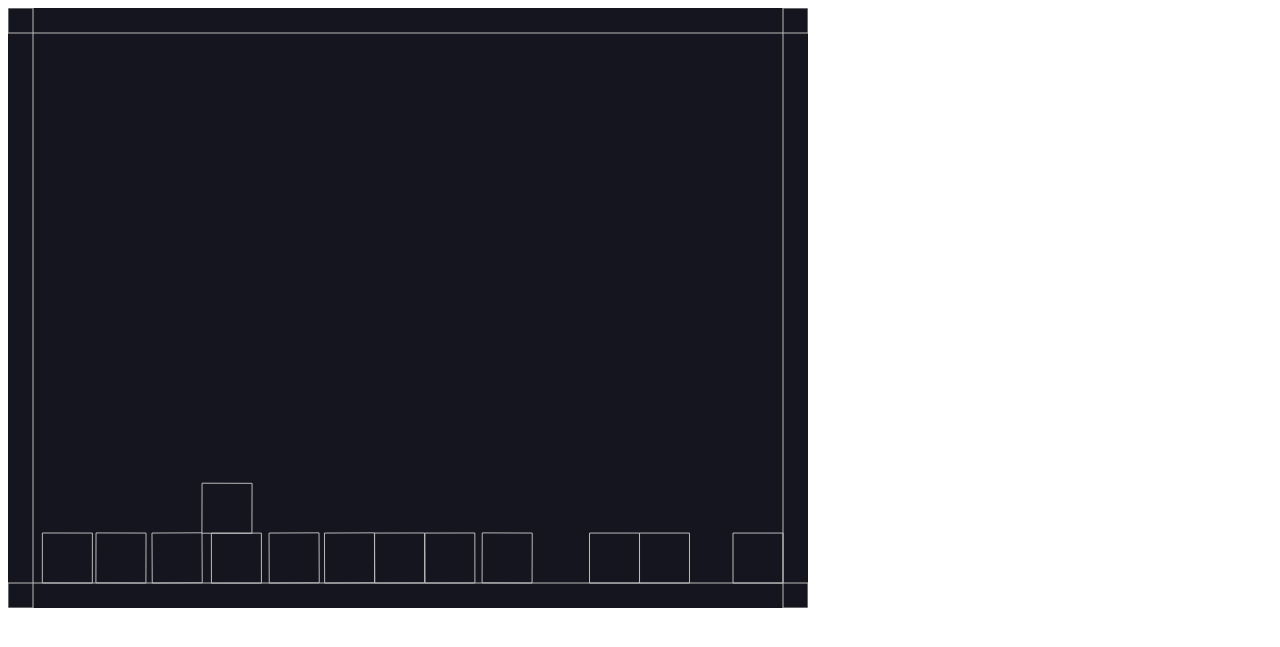
Repository: Sbethm/maze-runner
Page: index.html
An editor plug-in stored every save of this project. The page is shown before and after the next save, followed by the edit.
The browser window is 1280 px wide. The pictures show the whole page.
Some web libraries are served in a nearby version.

Above is the page before, as saved 2021-10-01 16:10:20.

After the next save:
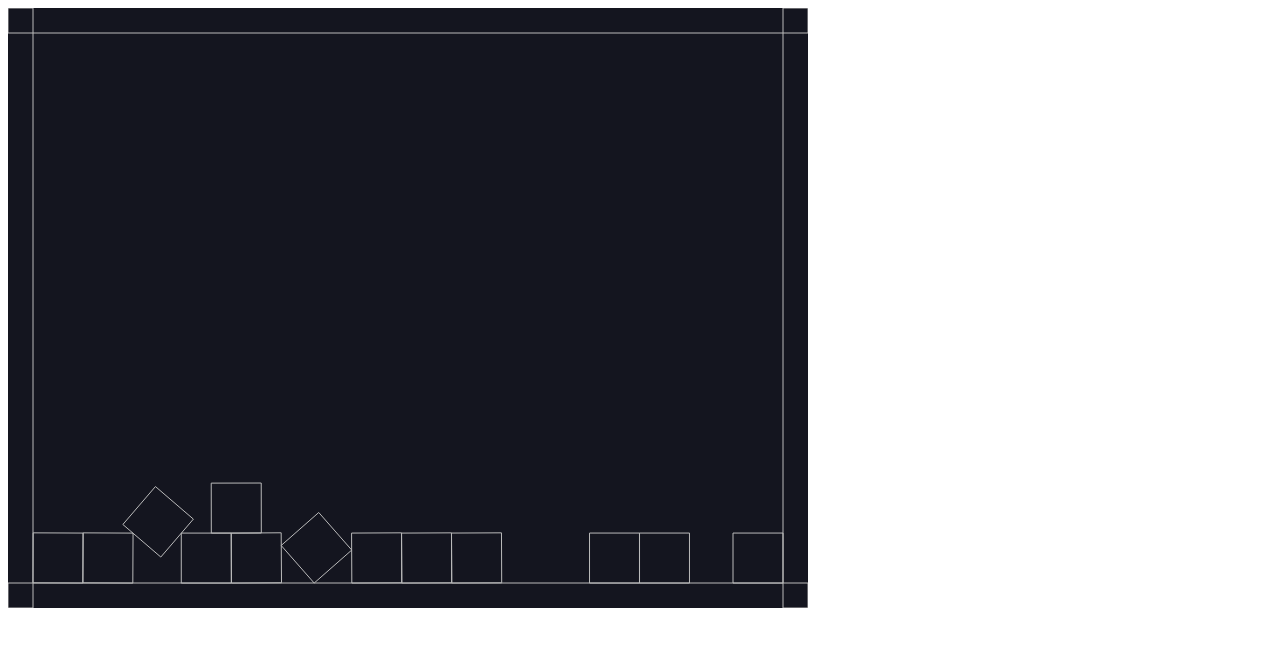
Saved 4 s later.
--- a/app.js
+++ b/app.js
@@ -30,7 +30,7 @@
     Bodies.rectangle(200, 200, 50, 50),
     Bodies.rectangle(220, 200, 50, 50),
     Bodies.rectangle(210, 200, 50, 50),
-    Bodies.rectangle(20, 200, 50, 50),
+    Bodies.rectangle(210, 200, 50, 50),
     Bodies.rectangle(200, 200, 50, 50),
 ]
 

After the save that followed:
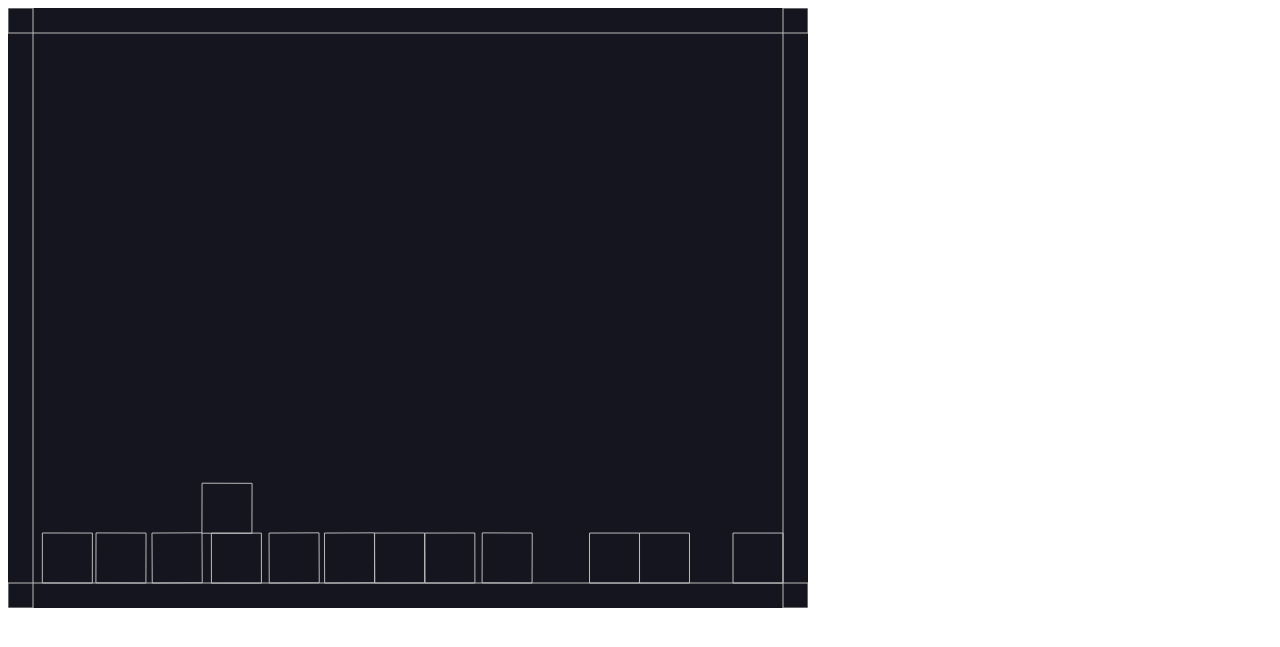
Saved 7 s later.
--- a/app.js
+++ b/app.js
@@ -30,7 +30,7 @@
     Bodies.rectangle(200, 200, 50, 50),
     Bodies.rectangle(220, 200, 50, 50),
     Bodies.rectangle(210, 200, 50, 50),
-    Bodies.rectangle(210, 200, 50, 50),
+    Bodies.rectangle(20, 200, 50, 50),
     Bodies.rectangle(200, 200, 50, 50),
 ]
 
